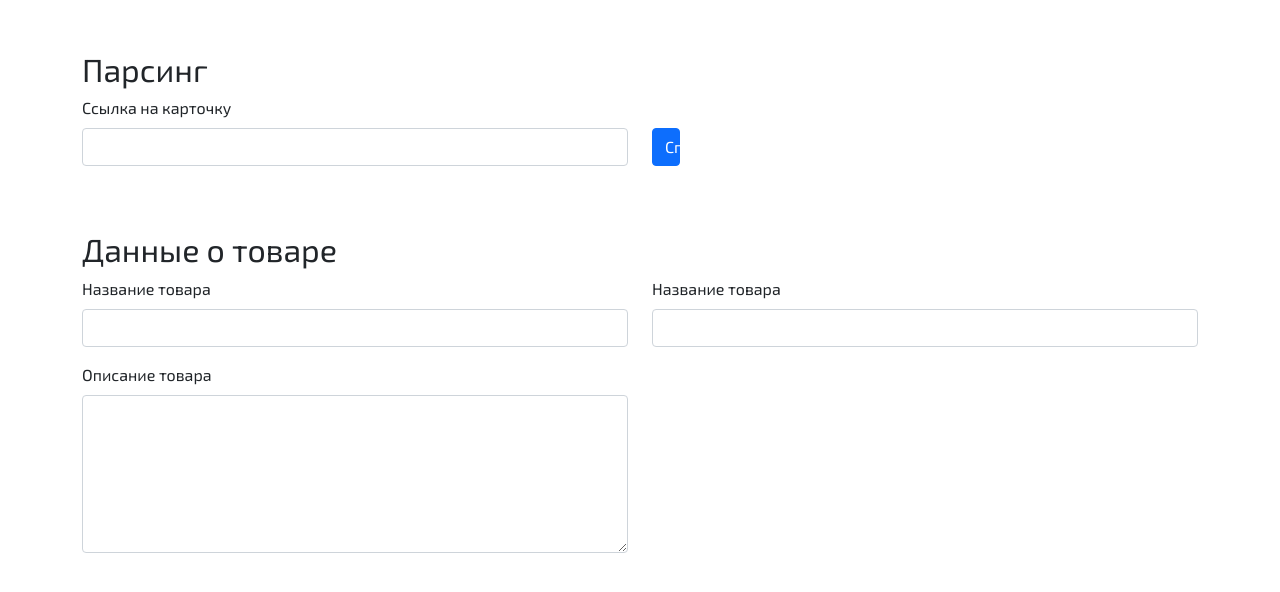
Repository: yozuul/wildberries-product-card-parser-api-exchange
Page: public/index.html
The author's editor kept a copy of each file at every save. The page is drawn from the files as they stood at one save, then again after the next save.
The browser window is 1280 px wide. The pictures show the whole page.

Above is the page before, as saved 2021-08-18 20:06:10.

### public/index.html
<!DOCTYPE html>
<html lang="en">

<head>
   <meta charset="UTF-8">
   <meta http-equiv="X-UA-Compatible" content="IE=edge">
   <meta name="viewport" content="width=device-width, initial-scale=1.0">
   <title>Document</title>
   <link href="https://cdn.jsdelivr.net/npm/bootstrap@5.1.0/dist/css/bootstrap.min.css" rel="stylesheet" integrity="sha384-KyZXEAg3QhqLMpG8r+8fhAXLRk2vvoC2f3B09zVXn8CA5QIVfZOJ3BCsw2P0p/We" crossorigin="anonymous">
   <link rel="stylesheet" href="style.css">

</head>

<body>
   <div class="container">
      <form class="row parser_form_wrapper align-items-end">
            <div class="mb-3 col-6">
               <h2>Парсинг</h2>
               <label for="cardProductURL" class="form-label">Ссылка на карточку</label>
               <input type="text" class="form-control" id="cardProductURL">
            </div>
            <div class="col-2 mb-3">
               <button type="submit" class="btn btn-primary col-2">Спарсить</button>
            </div>
          </form>
      </div>


    <form class="container mt-5">
       <div class="row">
          <h2 class="col-12">Данные о товаре</h2>
          <div class="col">
            <div class="mb-3">
               <label for="productName" class="form-label">Название товара</label>
               <input type="text" class="form-control" id="productName">
            </div>
            <div class="mb-3">
               <label for="productName" class="form-label">Описание товара</label>
               <textarea type="text" class="form-control" id="productName"  rows="6"></textarea>
            </div>
          </div>
          <div class="col">
            <label for="productName" class="form-label">Название товара</label>
            <input type="text" class="form-control" id="productName">
          </div>
       </div>
    </form>

   <!-- <form class="productFormWrapper">
      <div class="productFormWrapperLeft productForm">
            <h3>Данные о товаре</h3>
            <div class="inputWrapper">
               <p>Название товара</p>
               <input type="text" name="productName" id="productName">
            </div>
            <div class="inputWrapper">
               <p>Описание товара</p>
               <textarea name="productDesc" id="productDesc"></textarea>
            </div>
            <div class="inputWrapper">
               <p>Бренд</p>
               <input type="text" name="productBrand" id="productBrand">
            </div>
            <div class="inputWrapper">
               <p>Цена</p>
               <input type="text" name="productPrice" id="productPrice">
            </div>
            <div class="inputWrapper">
               <p>Изображения</p>
            </div>
      </div>
      <div class="productFormWrapperRight productForm">
         <h3>Описание и характеристики</h3>
      </div>
   </form> -->
   <script src="index.js"></script>
</body>

</html>

### public/style.css
@import url('https://fonts.googleapis.com/css2?family=Exo+2&display=swap');

* {
   font-family: 'Exo 2', sans-serif;
}

body {
   padding: 0;
   margin: 0;
}

.parser_form_wrapper {
   margin-top: 50px;
}
/* .productFormWrapper, .parseFormWrapper {
   max-width: 1200px;
   margin: auto;
   padding-top: 25px;
   padding-bottom: 25px;
}
.parseFormWrapper {
   border-bottom: 1px dotted #9999;
}
.productFormWrapper {
   display: flex;
}
.productFormWrapperLeft {
   margin-right: 50px;
}
.parseForm {
   display: flex;
   flex-wrap: wrap;
   max-width: 550px;
}
.parseForm input {
   width: 550px;
   margin-bottom: 20px;
}
.productForm {
}
.productForm input, .productForm textarea {
   width: 550px;
}
.productForm textarea {
   height: 100px;
   resize: none;
}
.parseFormWrapper p, .productFormWrapper p {
   margin-bottom: 8px;
   margin-top: 0;
}
.inputWrapper {
   margin-bottom: 15px;
} */

Loaded but not shown: index.js (no copy from this time; the picture is the same without it)

After the next save:
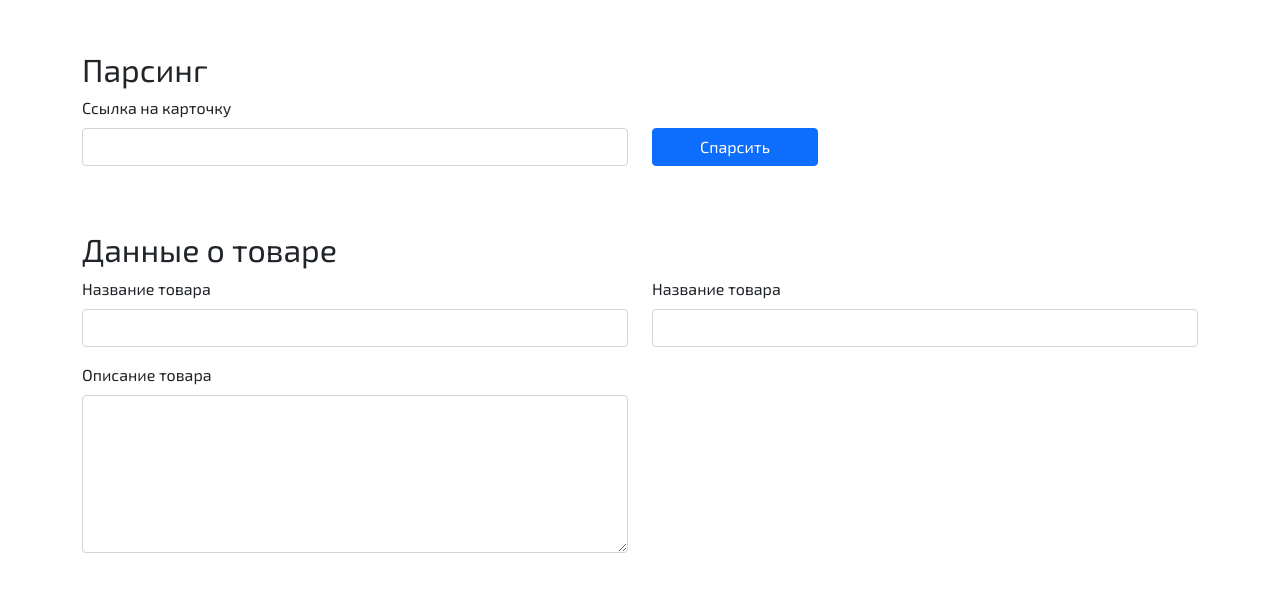
Saved 4 s later.
--- a/public/index.html
+++ b/public/index.html
@@ -20,7 +20,7 @@
                <input type="text" class="form-control" id="cardProductURL">
             </div>
             <div class="col-2 mb-3">
-               <button type="submit" class="btn btn-primary col-2">Спарсить</button>
+               <button type="submit" class="btn btn-primary col-12">Спарсить</button>
             </div>
           </form>
       </div>
